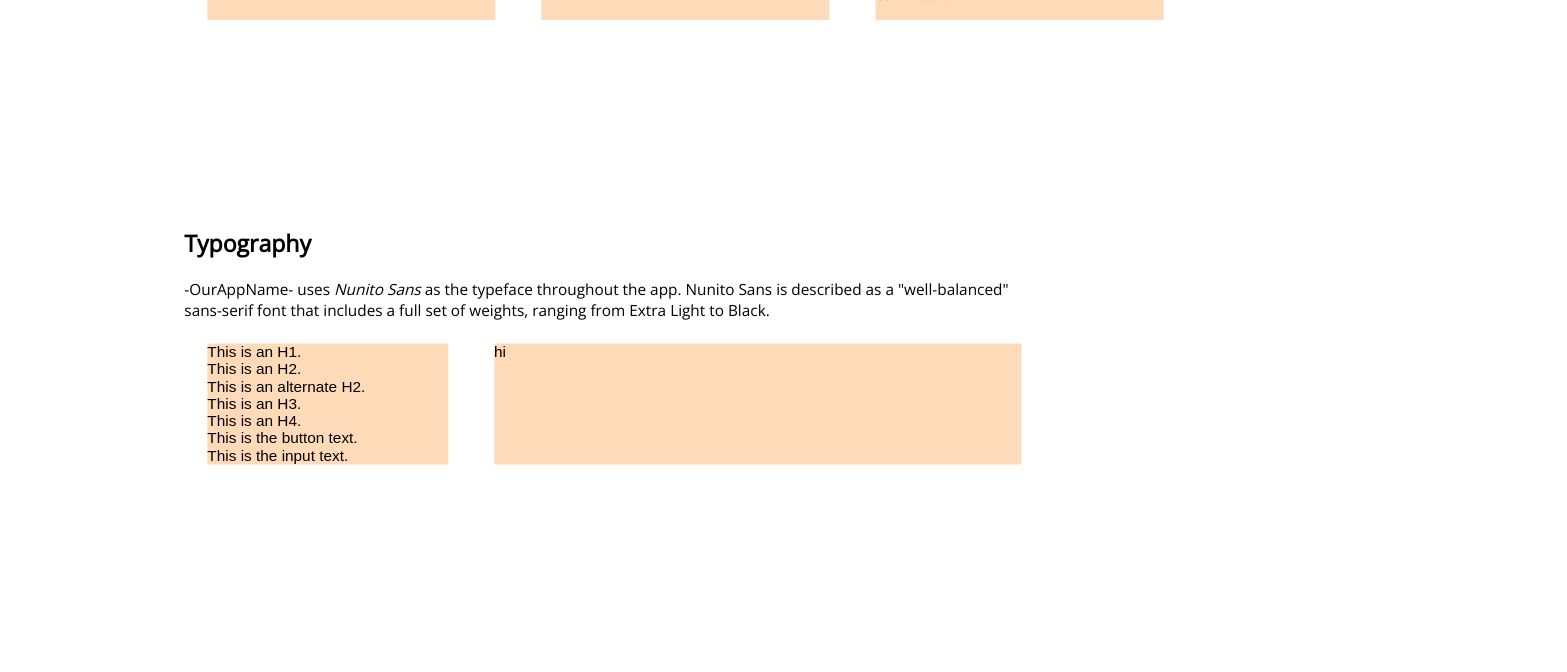
Repository: seohyun9672/Timearth-A6Styleguide
Page: page2.html
The author's editor kept a copy of each file at every save. The page is drawn from the files as they stood at one save, then again after the next save.
The browser window is 1280 px wide. The page is 1632 px wide, so the pictures cover 1632 px, including what lies to the right of the window. The pictures show the part of the page from y = 1602 to 2330 px (the page is 2302 px tall before and 2330 px after), at 96% of full size.

Above is the page before, as saved 2022-03-19 17:19:21.

After the next save:
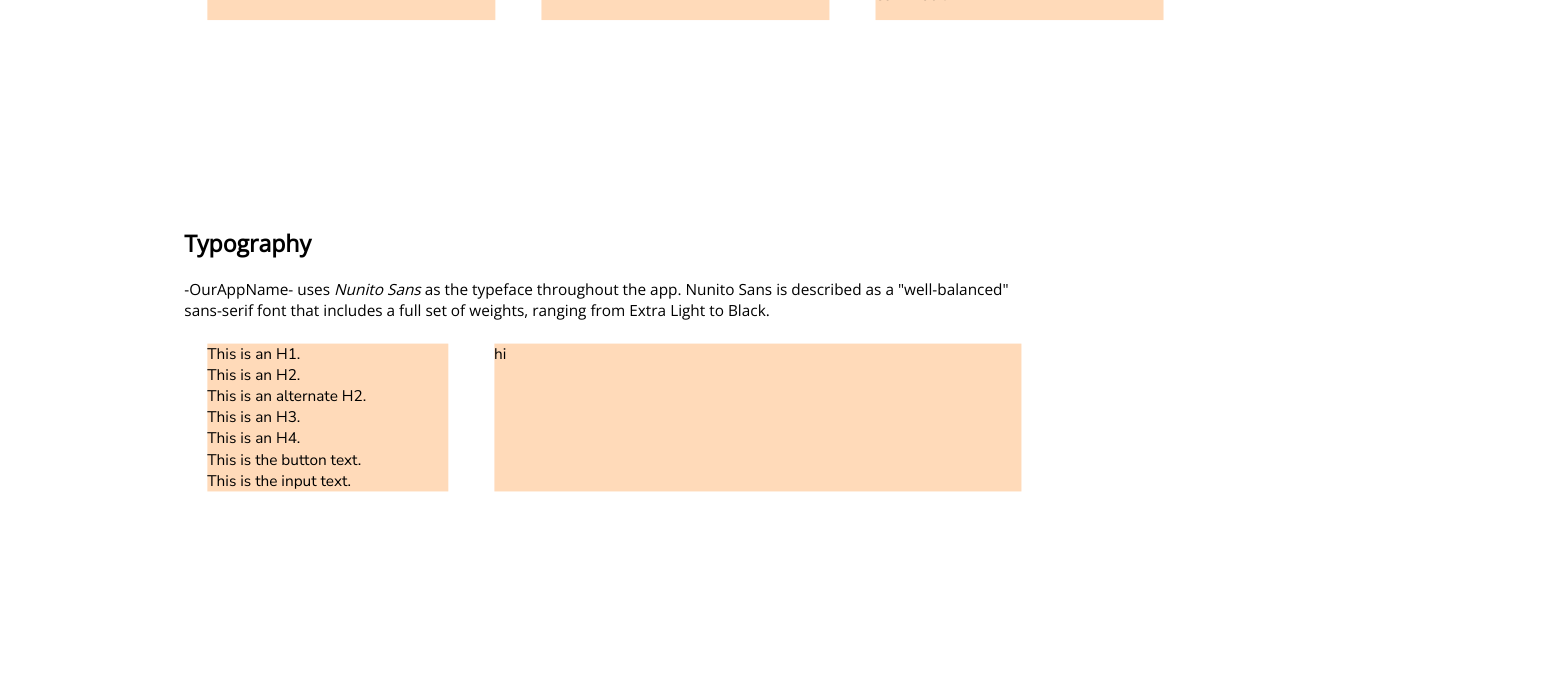
Saved 22 s later.
--- a/stylesheet.css
+++ b/stylesheet.css
@@ -103,5 +103,5 @@ li a:hover {
     margin:1.5em;
 }
 .nunito {
-    font-family: nunito, Arial, Helvetica, sans-serif;
+    font-family: 'nunito sans', Arial, Helvetica, sans-serif;
 }
